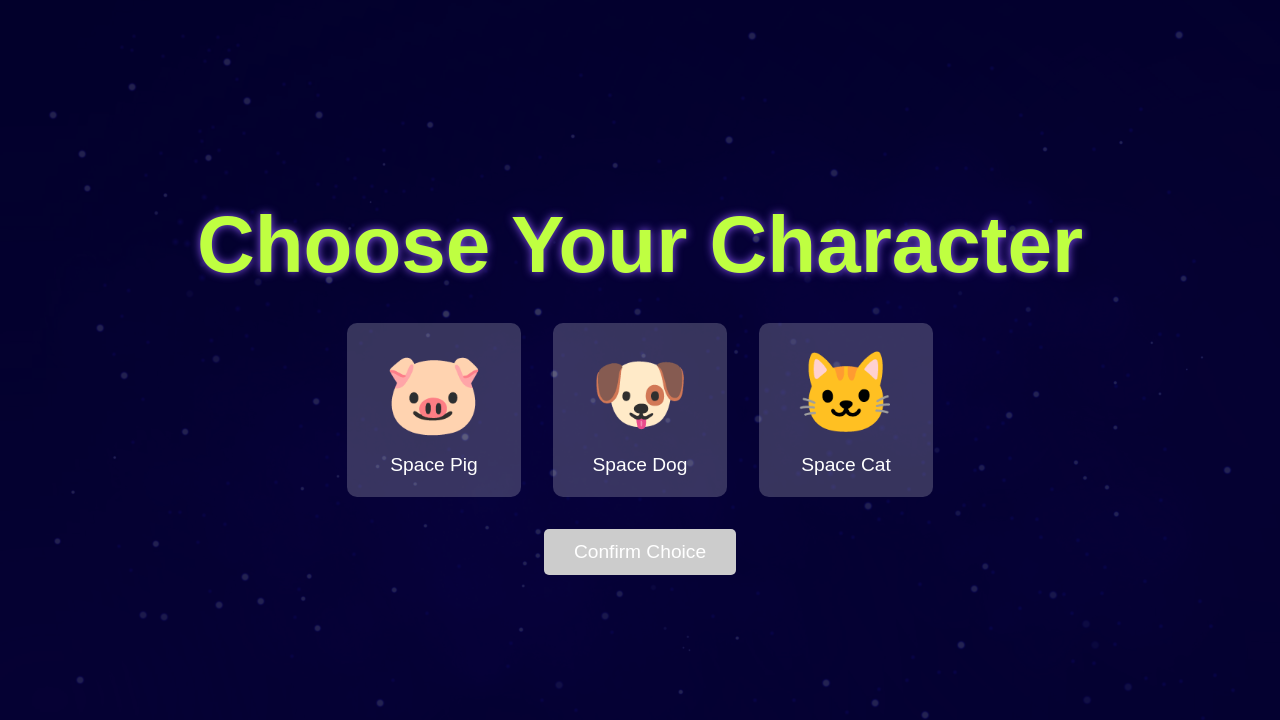
Repository: brunaguarizo/SpaceFarm
Page: index.html
The author's editor kept a copy of each file at every save. The page is drawn from the files as they stood at one save, then again after the next save.
The browser window is 1280 px wide. The pictures show the whole page.
Some web fonts or font styles are not loaded; a fallback is used.

Above is the page before, as saved 2025-04-24 11:15:30.

After the next save:
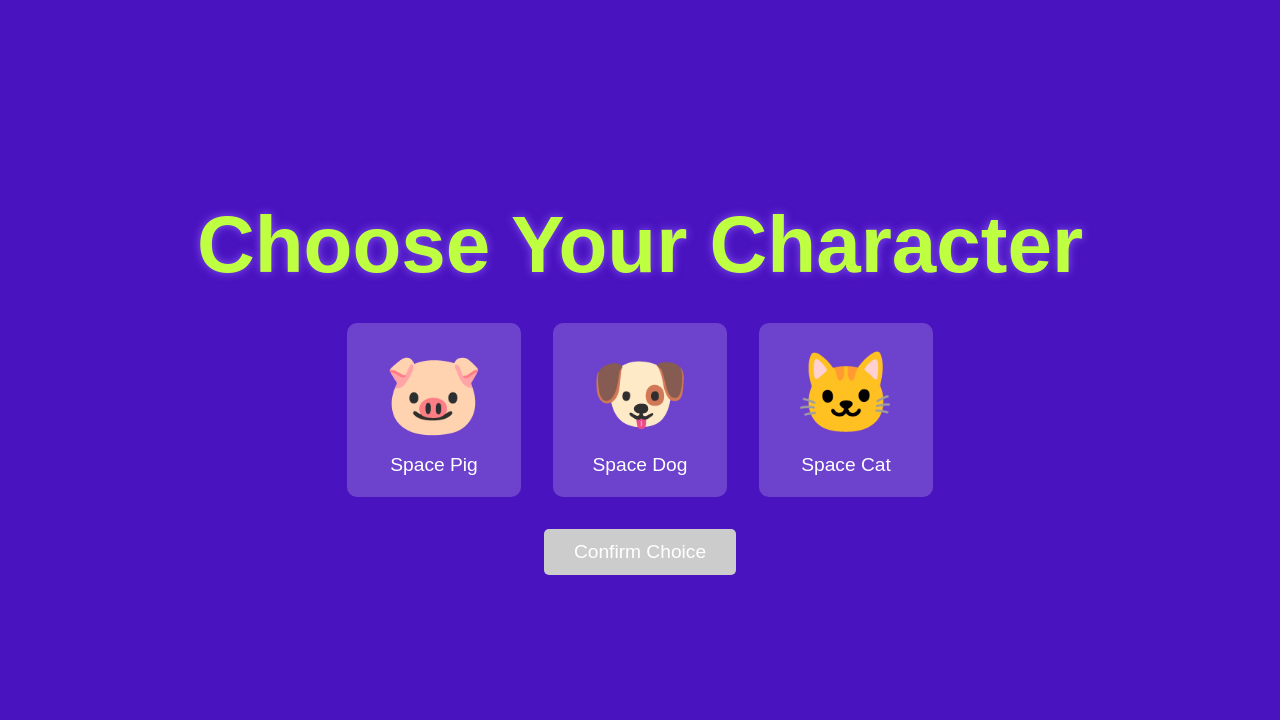
Saved 34 s later.
--- a/styles.css
+++ b/styles.css
@@ -25,7 +25,7 @@ body {
     justify-content: center;
     align-items: center;
     z-index: 10;
-    background-color: rgba(0, 0, 51, 0.8);
+    background-color: var(--dark-purple);
 }
 
 #character-select h1 {
